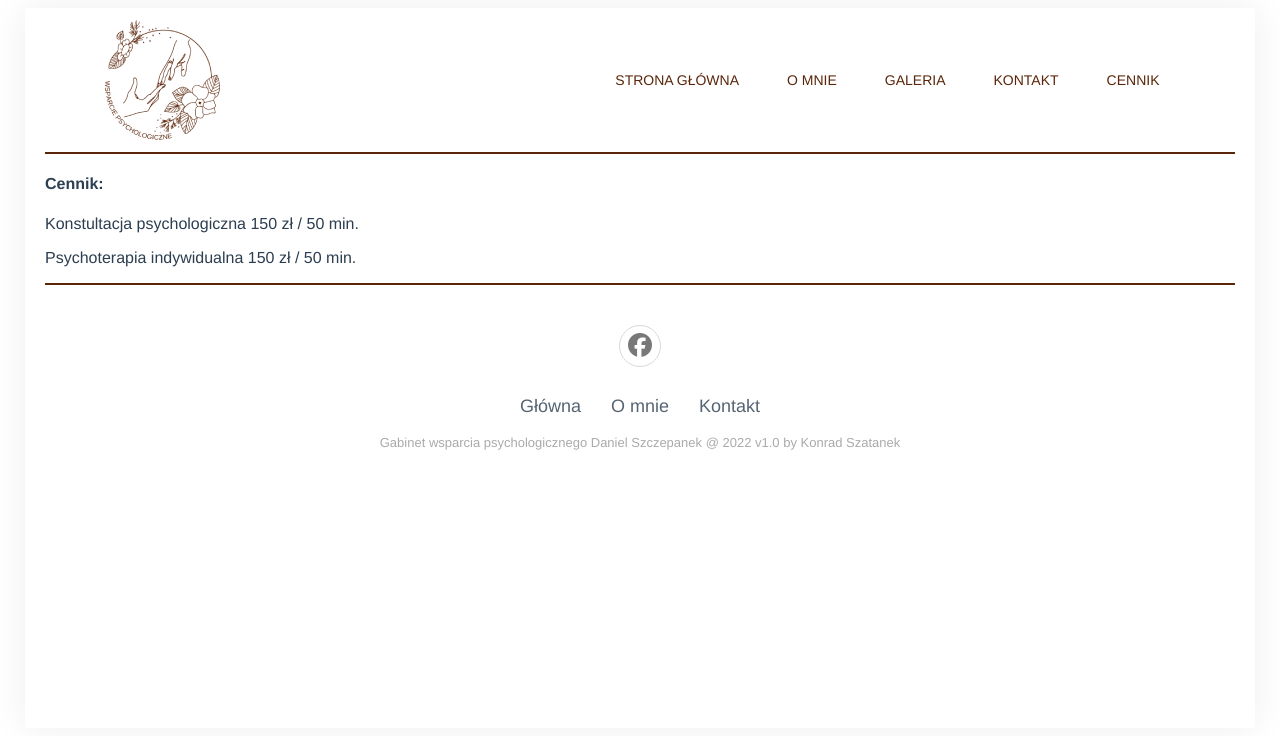
Repository: Kondzioor/szczepan-page
Page: /tariff
These files come from the project's save history. The page is drawn as it stood at one moment and after the next save; the edit follows.
The browser window is 1280 px wide. The pictures show the whole page.
Some web libraries are served in a nearby version. The project was rebuilt for these pictures with package versions that can differ from the ones it lists, and the page was loaded fresh each time. Also part of the build but not shown: src/views/Home.vue, src/views/AboutUs.vue, src/views/Contact.vue.

Above is the page before, as saved 2022-04-12 15:31:25.

After the next save:
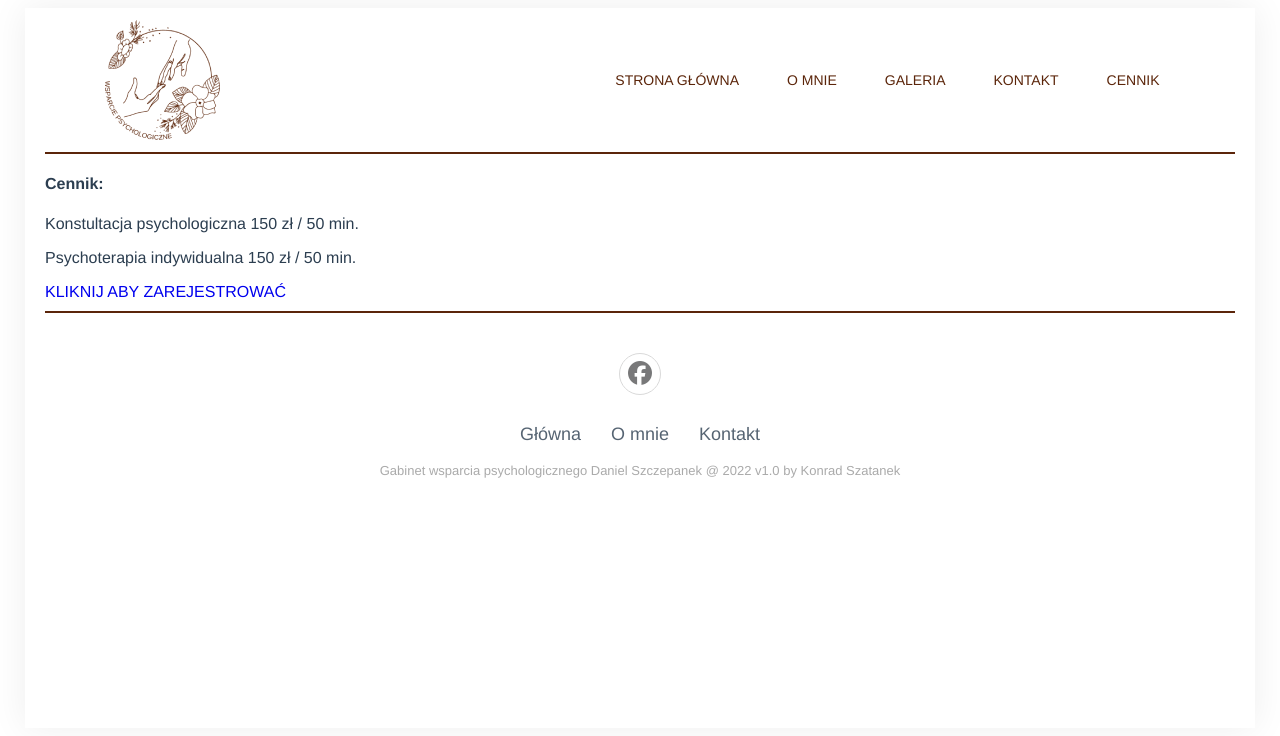
Saved 2 min 54 s later.
--- a/src/views/Tariff.vue
+++ b/src/views/Tariff.vue
@@ -3,6 +3,7 @@
         <h4>Cennik:</h4>
         <p>Konstultacja psychologiczna 150 zł / 50 min.</p>
         <p>Psychoterapia indywidualna 150 zł / 50 min.</p>
+        <a href="https://www.znanylekarz.pl/daniel-szczepanek/psycholog/legnica">KLIKNIJ ABY ZAREJESTROWAĆ</a>
     </div>
 </template>
 <script>
@@ -11,5 +12,7 @@
 }
 </script>
 <style scoped>
+a{
 
+}
 </style>
